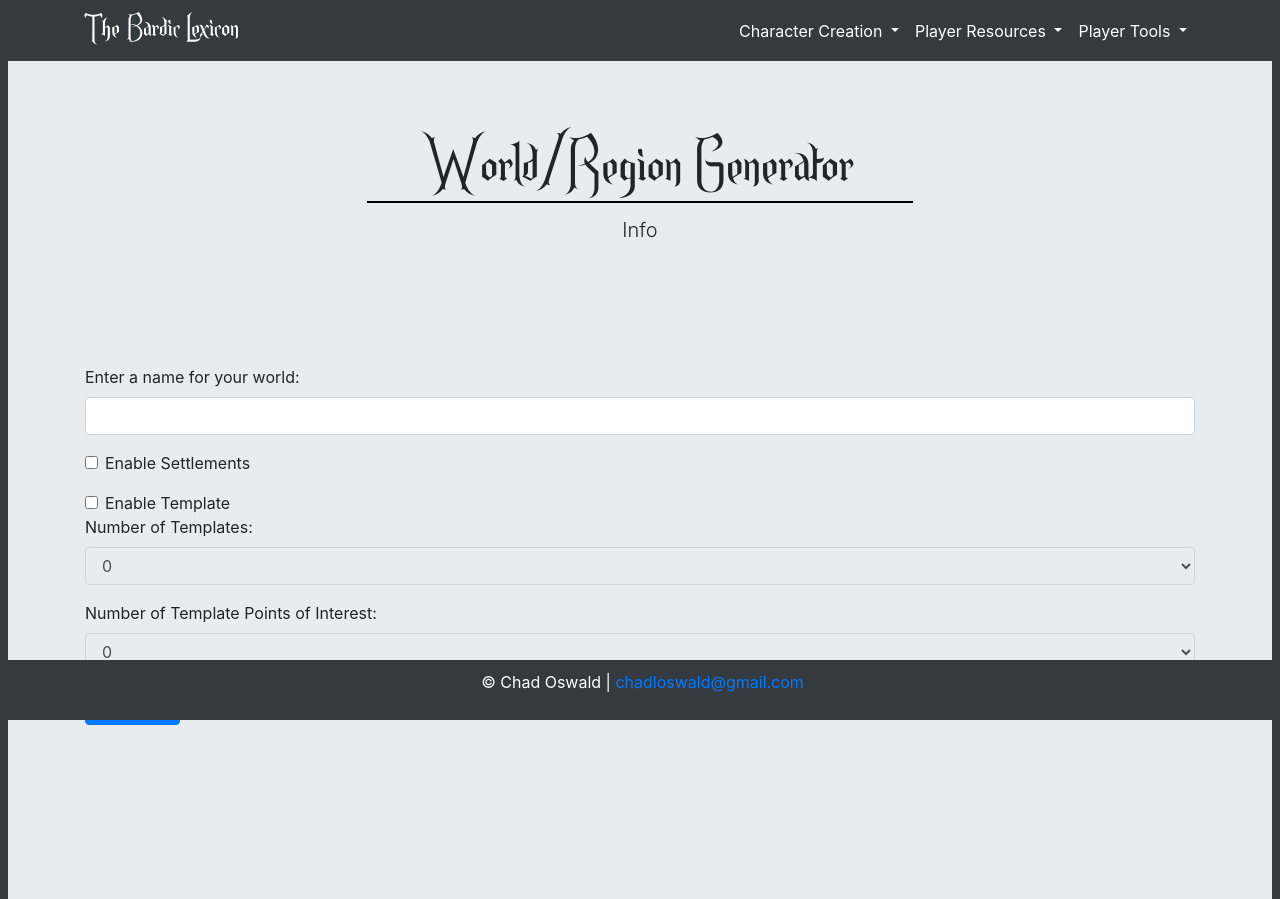
Repository: ChaidGPT/TheBardicLexicon
Page: playerTools/worldGenerator.html
An editor plug-in stored every save of this project. The page is shown before and after the next save, followed by the edit.
The browser window is 1280 px wide. The pictures show the whole page.

Above is the page before, as saved 2024-02-05 09:08:16.

After the next save:
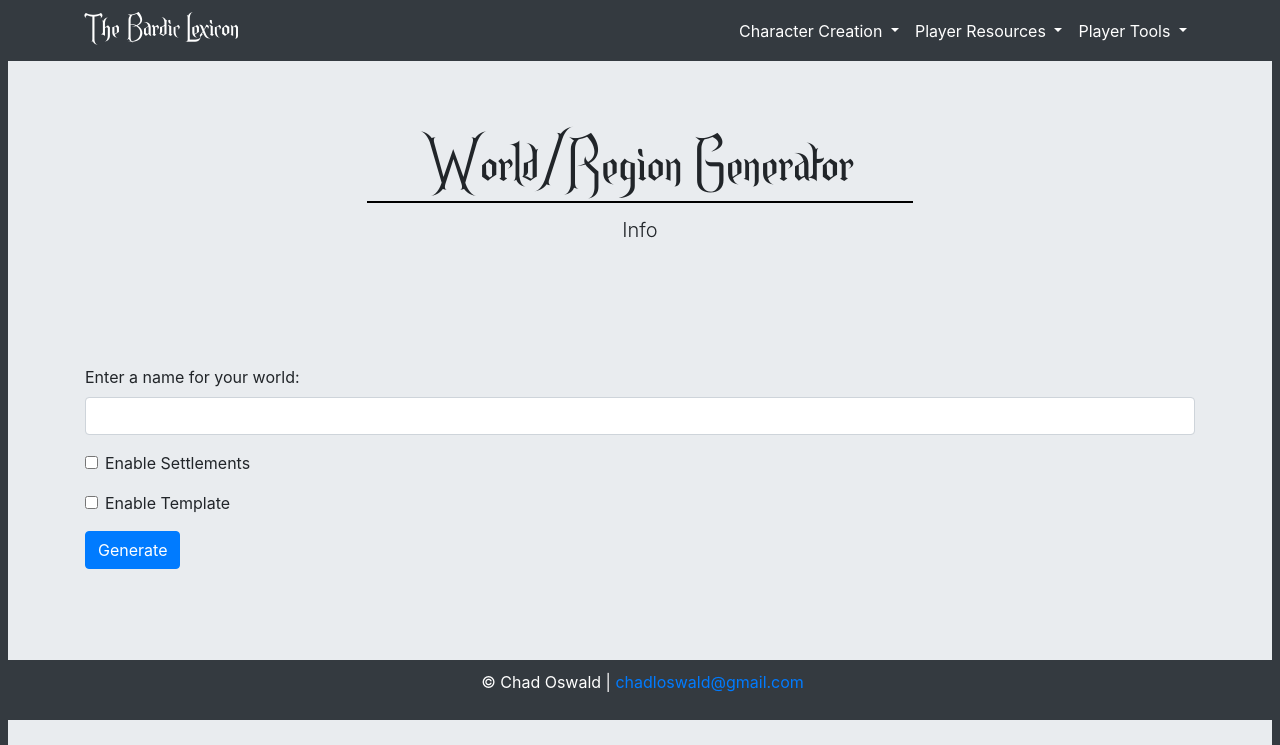
Saved 5 min 27 s later.
--- a/playerTools/worldGenerator.html
+++ b/playerTools/worldGenerator.html
@@ -227,11 +227,18 @@
                 class="form-check-input"
                 type="checkbox"
                 id="enableTemplate"
+                data-toggle="collapse"
+                data-target="#templateOptions"
               />
               <label class="form-check-label" for="enableTemplate"
                 >Enable Template</label
               >
             </div>
+
+            <div id="templateOptions" class="collapse">
+
+            <div class="template-options-container">
+
             <label for="template">Number of Templates:</label>
             <select class="form-control" id="template" disabled>
               <option value="0">0</option>
@@ -258,6 +265,8 @@
               <!-- Add more options as needed -->
             </select>
           </div>
+        </div>
+      </div>
           <!-- End Template Options -->
 
           <!-- Submit Button -->
